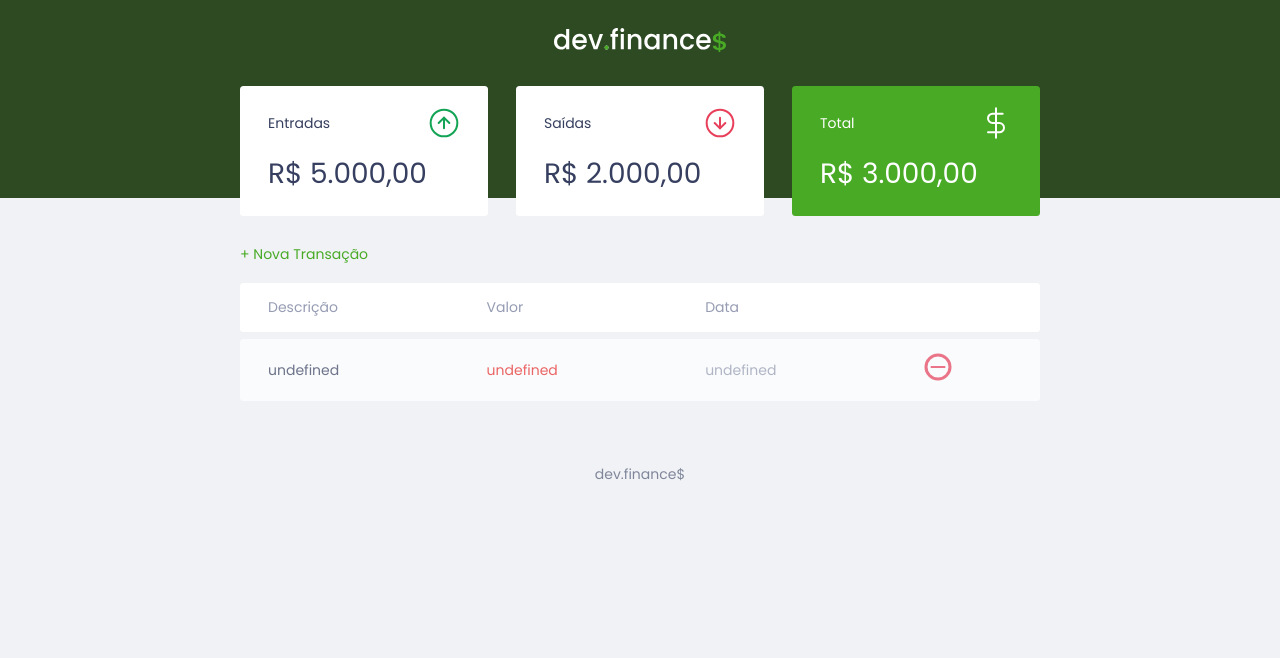
Repository: rafaelmgr12/maratona-dev01
Page: index.html
These files come from the project's save history. The page is drawn as it stood at one moment and after the next save; the edit follows.
The browser window is 1280 px wide. The pictures show the whole page.

Above is the page before, as saved 2021-05-01 10:35:39.

After the next save:
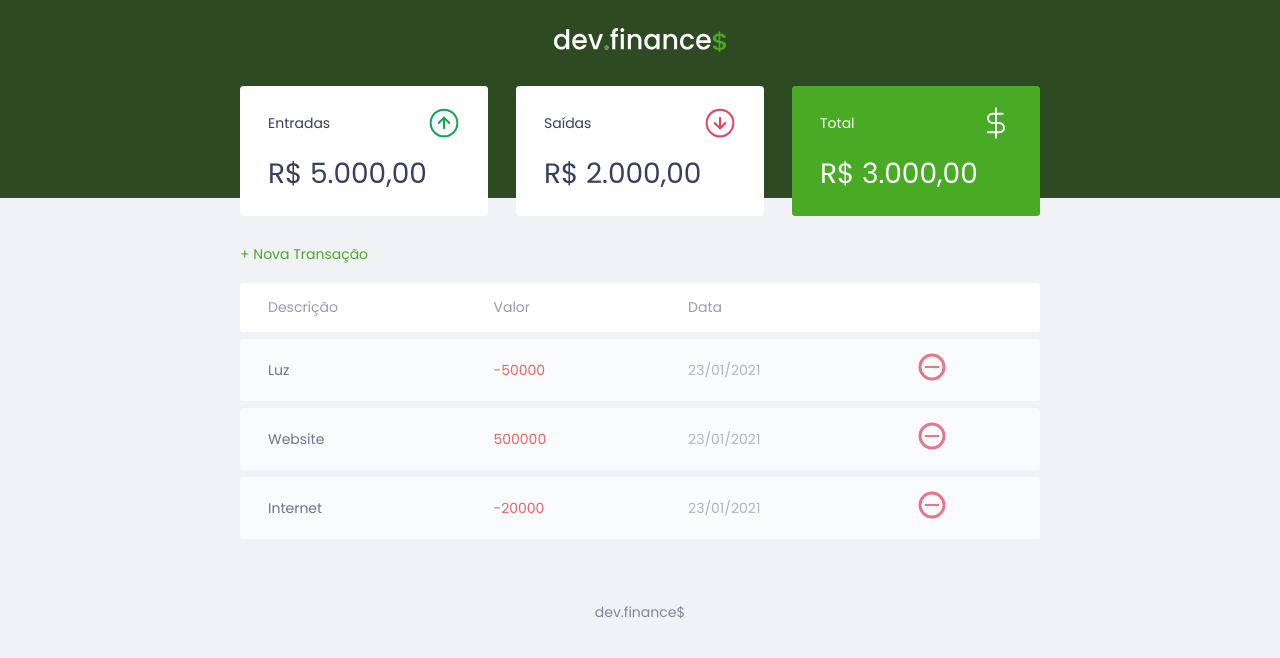
Saved 15 min 18 s later.
--- a/scripts.js
+++ b/scripts.js
@@ -60,4 +60,8 @@ const DOM = {
   },
 };
 
-DOM.addTransaction(transactions)
+//DOM.addTransaction(transactions)
+
+transactions.forEach(function(transaction){
+  DOM.addTransaction(transaction)
+})
